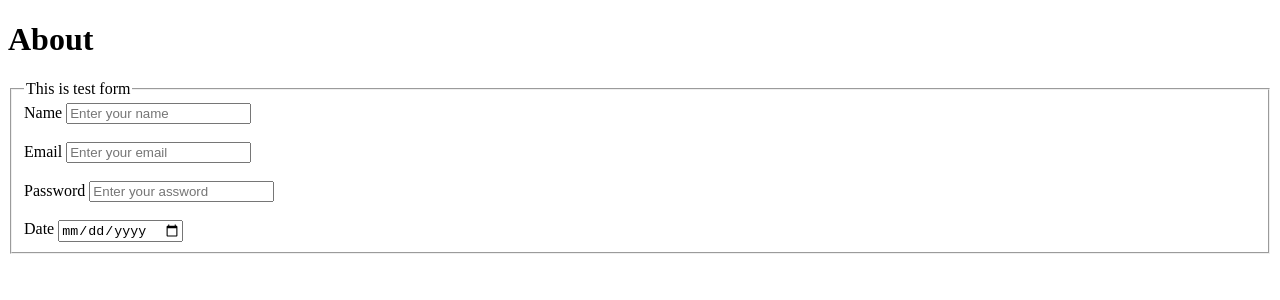
Repository: fisikusari/test-repo
Page: about.html
These files come from the project's save history. The page is drawn as it stood at one moment and after the next save; the edit follows.
The browser window is 1280 px wide. The pictures show the whole page.

Above is the page before, as saved 2021-11-11 19:04:11.

### about.html
<!DOCTYPE html>
<html lang="en">

<head>
  <meta charset="UTF-8">
  <meta http-equiv="X-UA-Compatible" content="IE=edge">
  <meta name="viewport" content="width=device-width, initial-scale=1.0">
  <title>About</title>
</head>

<body>
  <h1>About</h1>
  <!--Form Starts here-->
  <form action="">
    <!--Fieldset Starts here-->
    <fieldset>
      <legend>This is test form</legend>
      <label for="name">Name</label>
      <input type="text" id="name" name="emri" placeholder="Enter your name" /><br><br>
      <label for="email">Email</label>
      <input type="email" name="email" id="email" placeholder="Enter your email" /><br></br>
      <label for="password">Password</label>
      <input type="password" name="password" id="password" placeholder="Enter your assword"><br><br>
      <label for="date">Date</label>
      <input type="date" name="date" id="date">
    </fieldset>
    <!--Fieldset Ends here-->
  </form>
  <!--Form Ends here-->
</body>

</html>

After the next save:
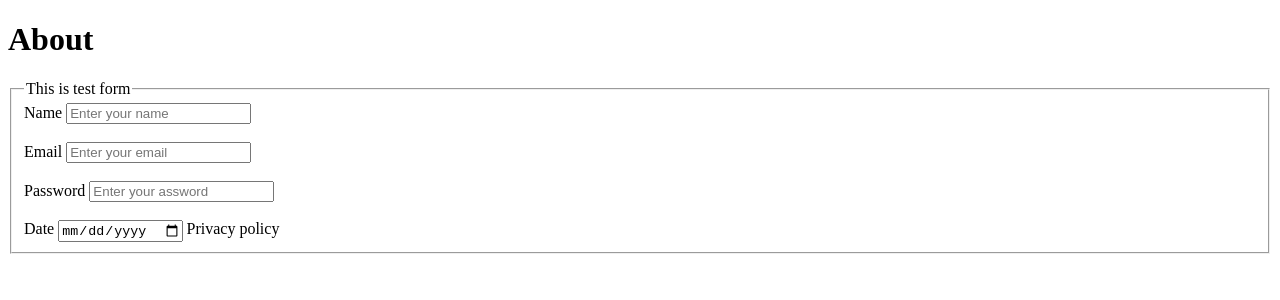
Saved 2 min 34 s later.
--- a/about.html
+++ b/about.html
@@ -23,6 +23,8 @@
       <input type="password" name="password" id="password" placeholder="Enter your assword"><br><br>
       <label for="date">Date</label>
       <input type="date" name="date" id="date">
+      <label for="privacy_policy">Privacy policy</label>
+      <!-- <input type="checkbox" name="" id=""> -->
     </fieldset>
     <!--Fieldset Ends here-->
   </form>
